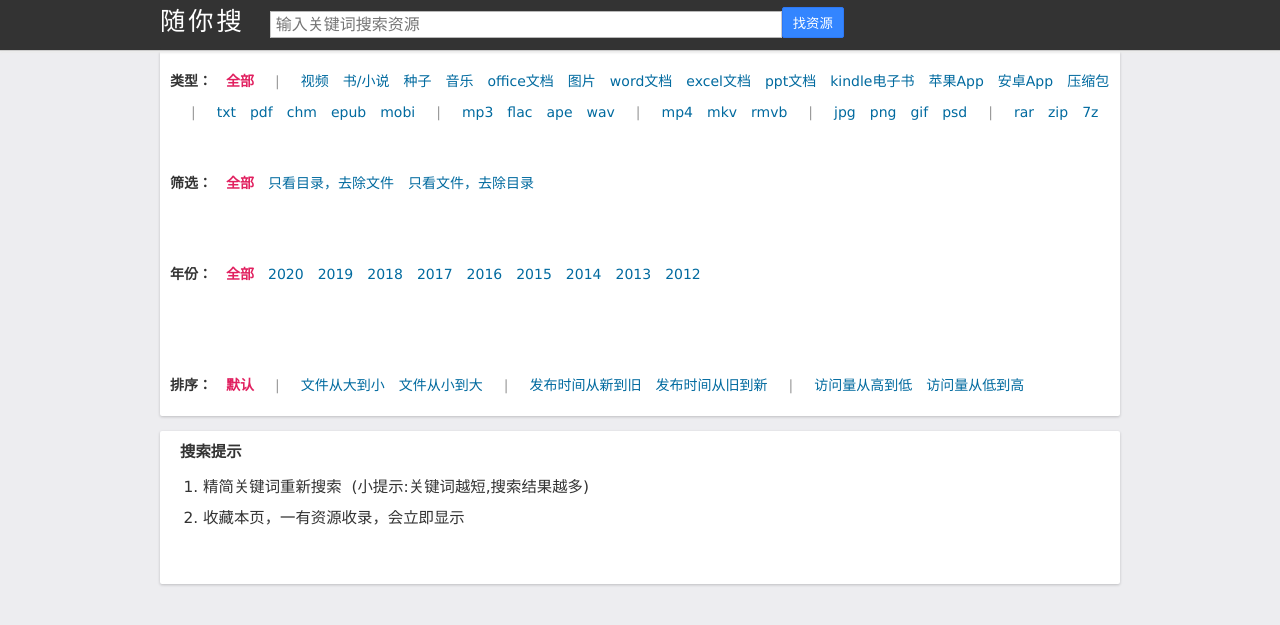
Repository: youngsailsail/nodeStudy
Page: / (app in 爬虫/前端vue/search-book/)
An editor plug-in stored every save of this project. The page is shown before and after the next save, followed by the edit.
The browser window is 1280 px wide. The pictures show the whole page.
The project was rebuilt for these pictures with package versions that can differ from the ones it lists, and the page was loaded fresh each time. Also part of the build but not shown: 爬虫/前端vue/search-book/vue.config.js.

Above is the page before, as saved 2020-05-09 22:13:52.

### 爬虫/前端vue/search-book/src/App.vue
<template>
  <div id="app">
    <Search />
    <FilterBook />
    <List />
  </div>
</template>

<script>
import Search from "./components/Search.vue";
import FilterBook from "./components/FilterBook.vue";
import List from "./components/List.vue";

export default {
  name: "App",
  components: {
    Search,
    FilterBook,
    List
  }
};
</script>

<style>
@import "./assets/css/screen.css";
@import "./assets/css/app.css";
</style>

### 爬虫/前端vue/search-book/src/assets/css/app.css
@charset "utf-8";.center {
    text-align: center
}

.left {
    text-align: left
}

.right {
    text-align: right
}

.left- {
    float: left
}

.right- {
    float: right
}

.bothall {
    clear: both
}

.sep05 {
    margin-top: 5px
}

.sep {
    margin-top: 10px
}

.sep15 {
    margin-top: 15px
}

.sep2 {
    margin-top: 20px
}

.sep25 {
    margin-top: 25px
}

.sep3 {
    margin-top: 30px
}

.sep4 {
    margin-top: 40px
}

.sep5 {
    margin-top: 50px
}

.sep05- {
    margin-bottom: 5px
}

.sep- {
    margin-bottom: 10px
}

.sep15- {
    margin-bottom: 15px
}

.sep2- {
    margin-bottom: 20px
}

.sep25- {
    margin-bottom: 25px
}

.sep3- {
    margin-bottom: 30px
}

.sep4- {
    margin-bottom: 40px
}

.sep5- {
    margin-bottom: 50px
}

.sep-13px {
    margin-top: 13px
}

.sep-14px {
    margin-top: 14px
}

.nosep {
    margin: 0
}

.sep-left {
    margin-left: 20px
}

.sep-left1 {
    margin-left: 10px
}

.sep-left05 {
    margin-left: 5px
}

.sep-right {
    margin-right: 20px
}

.sep-right1 {
    margin-right: 10px
}

.sep-right05 {
    margin-right: 5px
}

.sep-both {
    margin-right: 20px;
    margin-left: 20px
}

.sep-both1 {
    margin-right: 10px;
    margin-left: 10px
}

.sep-both05 {
    margin-right: 5px;
    margin-left: 5px
}

.bold {
    font-weight: bold
}

.nobold {
    font-weight: normal
}

.no-bold {
    font-weight: normal
}

.red {
    color: red
}

.blue {
    color: blue
}

.black {
    color: black
}

.white {
    color: white
}

.green {
    color: green
}

.hightlight {
    color: red
}

.cursor-pointer {
    cursor: pointer
}

.hide {
    display: none
}

.block,.display {
    display: block
}

.inline {
    display: inline
}

.inline-block {
    display: inline-block
}

.middle {
    vertical-align: middle
}

.top {
    vertical-align: top
}

.small {
    font-size: 90%
}

.small2 {
    font-size: 80%
}

.large {
    font-size: 110%
}

.large2 {
    font-size: 120%
}

.error,.notice,.success,.msg {
    padding: .8em;
    margin-bottom: 1em;
    border: 2px solid #ddd
}

.error {
    background: #fbe3e4;
    color: #8a1f11;
    border-color: #fbc2c4
}

.notice {
    background: #fff6bf;
    color: #514721;
    border-color: #ffd324
}

.success {
    background: #e6efc2;
    color: #264409;
    border-color: #c6d880
}

.msg {
    background: #d5edf8;
    color: #205791;
    border-color: #92cae4
}

.error a {
    color: #8a1f11
}

.notice a {
    color: #514721
}

.success a {
    color: #264409
}

.msg a {
    color: #205791
}

label {
    font-weight: bold
}

input[type=text],input[type=password],input[type=url],input[type=email],input.text,input.title,textarea,select {
    font-size: 1em
}

h1,h2,h3,h4,h5,h6 {
    font-size: 1.1em;
    line-height: 1.5em
}

.hint {
    color: #999
}

.light {
    color: #999
}

.red {
    color: #E12160
}

.blue {
    color: #227AD3
}

.green {
    color: #009A61
}

.orange {
    color: #FF6600
}

.light_green {
    color: #18C2C8
}

.highlight {
    color: #C00
}

.padding-sep {
    padding: 5px
}

.bold-s {
    display: none
}

.page-list {
    clear: both;
    text-align: center;
    margin: 20px 0;
    line-height: 26px
}

.page-list a,.page-list b {
    border: 1px solid #227AD3;
    text-decoration: none;
    display: inline-block;
    margin: 0 0 6px 4px;
    padding: 2px 6px;
    background-color: white
}

.page-list b {
    background-color: #227AD3;
    color: white
}

.slide .t,.slide2 .t {
    padding: 5px;
    display: block;
    font-weight: bold;
    height: 30x;
    line-height: 30x
}

.slide div.c,.slide2 div.c {
    padding: 5px
}

.slide h1,.slide2 h1,.slide h2,.slide2 h2 {
    padding: 5px;
    display: block;
    font-weight: bold;
    height: 30x;
    line-height: 30x
}

.slide h1.clear,.slide2 h1.clear,.slide h2.clear,.slide2 h2.clear {
    background-color: white
}

.slide .line,.slide2 .line {
    border: none;
    background-color: #DFDFDF;
    display: block;
    height: 1px;
    margin-bottom: .5em;
    overflow: hidden
}

.slide2 {
    padding: 5px
}

.slide2 h1,.slide2 h2 {
    border: 0
}

div.crumb {
    clear: both;
    color: #999;
    letter-spacing: 2px;
    padding: 5px;
    white-space: nowrap;
    overflow: hidden;
    text-overflow: ellipsis
}

img.cover {
    border: 1px solid #DFDFDF;
    padding: 2px;
    overflow: hidden;
    vertical-align: middle;
    width: 120px;
    height: 150px;
    display: block
}

ul.list2 {
    clear: both;
    list-style-type: none
}

ul.list2 li {
    float: left;
    width: 50%;
    border-bottom: 1px dashed #DFDFDF;
    white-space: nowrap;
    overflow: hidden;
    line-height: 2em;
    margin-top: 5px
}

ul.list2 li a.today {
    color: #E12160;
    text-decoration: none
}

ul.list2 li a.today:focus,ul.list2 li a.today:hover {
    color: #E12160;
    text-decoration: underline;
    background: none
}

ul.list2 li span.timeline {
    color: #999;
    font-size: 80%;
    margin-left: 1em
}

ul.list3 {
    clear: both;
    list-style-type: none
}

ul.list3 li {
    float: left;
    width: 33%;
    border-bottom: 1px dashed #DFDFDF;
    white-space: nowrap;
    overflow: hidden;
    line-height: 2em;
    margin-top: 5px
}

ul.list3 li a.today {
    color: #E12160;
    text-decoration: none
}

ul.list3 li a.today:focus,ul.list3 li a.today:hover {
    color: #E12160;
    text-decoration: underline;
    background: none
}

ul.list3 li span.timeline {
    color: #999;
    font-size: 80%;
    margin-left: 1em
}

ul.list4 {
    clear: both;
    list-style-type: none
}

ul.list4 li {
    float: left;
    width: 25%;
    border-bottom: 1px dashed #DFDFDF;
    white-space: nowrap;
    overflow: hidden;
    line-height: 2em;
    margin-top: 5px
}

ul.list4 li a.today {
    color: #E12160;
    text-decoration: none
}

ul.list4 li a.today:focus,ul.list4 li a.today:hover {
    color: #E12160;
    text-decoration: underline;
    background: none
}

ul.list4 li span.timeline {
    color: #999;
    font-size: 80%;
    margin-left: 1em
}

ul.simple-list,ul.side-long,ul.side {
    list-style-type: none
}

ul.simple-list i,ul.side-long i,ul.side i {
    color: #999;
    margin-right: 1em
}

ul.simple-list li,ul.side-long li,ul.side li {
    width: 100%;
    text-align: left;
    height: 2em;
    line-height: 2em;
    white-space: nowrap;
    text-overflow: ellipsis;
    overflow: hidden
}

ul.side-long li {
    float: left;
    width: 350px;
    margin-right: 15px
}

ul.simple-list li {
    padding: 5px 0 5px 5px;
    border-bottom: 1px solid #DFDFDF
}

a.suffix-a {
    display: block;
    padding: 5px 0 5px 5px;
    border-bottom: 1px solid #DFDFDF
}

ul.u-list {
    list-style-type: none
}

ul.u-list li {
    width: 460px;
    border: 1px solid #d8dbdc;
    float: left;
    margin: 0 10px 15px 0
}

ul.u-list li.ad {
    width: 100%;
    border: 0;
    margin: 0
}

ul.u-list div.user {
    padding: 10px
}

ul.u-list div.user img.avatar {
    border: 1px solid #c7c7c7;
    width: 60px;
    height: 60px
}

ul.u-list div.user div.info {
    margin: 2px 0 0 10px;
    width: 350px;
    position: relative;
    height: 60px;
    float: left
}

ul.u-list div.user a.goto-uk-page {
    font-size: .9em;
    height: 26px;
    line-height: 26px;
    background-color: #959595;
    color: #fff;
    padding: 0 8px;
    float: right
}

ul.u-list div.user p.status {
    margin-top: 20px
}

ul.u-list div.user div.desc {
    height: 27px;
    line-height: 30px;
    overflow: hidden
}

ul.avatar-wall {
    list-style-type: none;
    padding-left: 10px
}

ul.avatar-wall li {
    width: 60px;
    float: left;
    margin: 0 11px 15px 0
}

ul.avatar-wall img.avatar {
    border: 1px solid #c7c7c7;
    width: 60px;
    height: 60px
}

table.list h5 {
    width: 124px;
    height: 19px;
    line-height: 15px;
    padding-top: 6px;
    background: #484848;
    filter: alpha(opacity=82);
    opacity: .9;
    font-size: 12px;
    margin-top: -27px;
    color: white;
    font-weight: normal;
    text-align: center;
    overflow: hidden;
    white-space: nowrap
}

table.list td {
    padding-left: 8px;
    height: 170px;
    vertical-align: top;
    text-align: center;
    width: 14.28%
}

table.list-resource {
    table-layout: fixed
}

table.list-resource th {
    background: none repeat scroll 0 0 #EFEFEF;
    font-weight: bold;
    padding: .5em 0;
    border-bottom: 1px solid #ccc
}

table.list-resource td {
    color: #999;
    border-bottom: 1px solid #F7F7F7;
    padding: .8em 0;
    white-space: nowrap;
    overflow: hidden
}

table.list-resource td.t1 {
    padding-right: 10px;
    text-overflow: ellipsis
}

table.list-resource td.t2 {
    font-weight: bold
}

table.list-resource a.tag {
    padding: 0 .3em;
    background-color: #999;
    color: white
}

body {
    font-family: '微软雅黑',Verdana,Georgia,SimSun,Arial,Helvetica,'sans-serif';
    font-size: 14px;
    background: #EDEDF0;
    color: #333
}

h1 {
    font-size: 1.3em;
    font-weight: bold;
    overflow: hidden;
    line-height: 2em;
    height: 2em;
    clear: both;
    letter-spacing: .6px
}

h2 {
    font-weight: bold;
    overflow: hidden;
    clear: both;
    letter-spacing: .6px;
    font-size: 1.2em;
    height: 1.8em;
    line-height: 1.8em
}

select,input,textarea {
    font-family: '微软雅黑',Verdana,Georgia,SimSun,Arial,Helvetica,'sans-serif'
}

dl,dd {
    margin: 0
}

.container {
    width: 960px;
    background: white;
    -webkit-border-radius: 2px;
    -moz-border-radius: 2px;
    border-radius: 2px;
    -webkit-box-shadow: 0 1px 3px rgba(0,0,0,0.2);
    -moz-box-shadow: 0 1px 3px rgba(0,0,0,0.2);
    box-shadow: 0 1px 3px rgba(0,0,0,0.2)
}

.no-c-border {
    border: 0;
    box-shadow: none
}

a {
    color: #016A9F;
    text-decoration: none
}

a:focus,a:hover {
    color: #016A9F;
    text-decoration: underline;
    background: none
}

a.light {
    color: #999;
    text-decoration: none
}

a.light:focus,a.light:hover {
    color: #999;
    text-decoration: underline;
    background: none
}

a.red {
    color: #E12160;
    text-decoration: none
}

a.red:focus,a.red:hover {
    color: #E12160;
    text-decoration: underline;
    background: none
}

a.green {
    color: #009A61;
    text-decoration: none
}

a.green:focus,a.green:hover {
    color: #009A61;
    text-decoration: underline;
    background: none
}

a.no-underline:focus,a.no-underline:hover {
    text-decoration: none
}

.white {
    color: white
}

div.share-bar {
    background: none repeat scroll 0 0 #FFFCFB;
    border: 1px solid #FBD0B2;
    border-radius: 3px;
    margin: 10px 5px;
    padding-left: 10px;
    height: 45px;
    line-height: 45px
}

div.bdsharebuttonbox {
    float: right;
    margin-left: 1em
}

div.bdsharebuttonbox a {
    margin-right: .7em
}

span.share-hint {
    float: left;
    font-size: 16px;
    line-height: 42px;
    color: #E12160
}

ul.links {
    list-style-type: none
}

ul.links li {
    float: left;
    text-align: left;
    margin-right: 1em;
    padding-bottom: .5em;
    white-space: nowrap;
    overflow: hidden;
    width: 6em
}

#back-to-top {
    bottom: 290px;
    display: none;
    position: fixed;
    right: 20px;
    z-index: 999999
}

#back-to-top a {
    background: url("/img/back-to-top.gif") no-repeat scroll 0 0 #9F9F9F;
    display: block;
    height: 50px;
    overflow: hidden;
    text-indent: -999px;
    width: 50px
}

#back-to-top a:hover {
    background-color: #707070;
    background-position: -50px 0
}

div.search-history {
    margin-bottom: 14px
}

div.search-history a {
    display: inline-block;
    margin-right: 1em
}

div.announcement-bar {
    font-size: 1.1em;
    margin-bottom: 10px;
    line-height: 2em
}

div.announcement-bar a {
    color: #E12160;
    font-weight: bold
}

div.announcement-bar a.close {
    color: #016A9F;
    font-weight: normal;
    margin-left: 2em
}

.autocomplete-suggestions {
    text-align: left;
    border: 1px solid #999;
    background: #FFF;
    overflow: auto
}

.autocomplete-suggestions strong {
    font-weight: normal;
    color: #C00
}

.autocomplete-suggestion {
    padding: 2px 5px;
    white-space: nowrap;
    overflow: hidden
}

.autocomplete-selected {
    background: #F0F0F0
}

.autocomplete-group {
    padding: 2px 5px
}

.autocomplete-group strong {
    display: block;
    border-bottom: 1px solid #000
}

.top-nav1 {
    background: #333;
    padding: 1em 0
}

.top-nav1 span.name {
    letter-spacing: 3px;
    font-size: 2em
}

.top-nav1 span.name a {
    color: white
}

.top-nav1 span.name a:focus,.top-nav1 span.name a:hover {
    color: white;
    text-decoration: none
}

.top-nav1 span.domain {
    margin-left: .6em;
    font-size: 1em;
    font-style: italic
}

.top-nav1 span.domain a {
    color: #009A61
}

.top-nav1 span.slogan1 {
    color: #F7F7F7;
    margin-left: 1em;
    font-size: .8em
}

.top-nav1 span.slogan2 {
    color: #999;
    float: right;
    font-style: italic
}

.top-nav2 {
    background: white;
    margin-bottom: 10px;
    height: 51px
}

.top-nav2 ul {
    list-style-type: none
}

.top-nav2 ul li {
    float: left;
    padding: .6em .6em 0 0;
    width: 85px
}

.top-nav2 ul li a {
    font-size: 1.3em;
    color: #333
}

.top-nav2 ul li a:focus,.top-nav2 ul li a:hover {
    color: #333;
    text-decoration: none
}

div.search {
    display: inline-block
}

div.search input.k {
    width: 17em;
    margin-left: 3em
}

div.search div.ad {
    margin-left: 9em
}

div.search-block {
    display: block;
    text-align: center;
    float: none
}

div.search-block input.k {
    padding: 5px;
    font-size: 1.3em;
    width: 60%;
    margin-left: 0
}

div.search-block div {
    margin-top: 1em;
    text-align: left
}

div.search-block p {
    margin-top: .5em;
    text-align: left;
    margin-left: 12em
}

div.top-fix-nav {
    background: #333 none repeat scroll 0 0;
    border-bottom: 1px solid #ccc;
    box-shadow: 0 2px 2px #ebebeb;
    height: 50px;
    line-height: 50px;
    position: fixed;
    width: 100%;
    z-index: 999
}

div.top-fix-nav .container {
    background: #333
}

div.top-fix-nav span.name {
    letter-spacing: 3px;
    font-size: 1.8em;
    height: 35px;
    line-height: 35px;
    margin-right: 1em
}

div.top-fix-nav span.name span.blue {
    color: #008BF5
}

div.top-fix-nav span.name a {
    color: white
}

div.top-fix-nav span.name a:focus,div.top-fix-nav span.name a:hover {
    color: white;
    text-decoration: none
}

div.search input.title,div.search-block input.title,div.top-fix-nav input.title {
    font-size: 16px;
    border-color: #b8b8b8 #ccc;
    width: 500px;
    padding: 3px 5px
}

div.search input.s_btn,div.search-block input.s_btn,div.top-fix-nav input.s_btn {
    border: 1px solid #2d78f4;
    border-radius: 2px;
    background: #3385ff none repeat scroll 0 0;
    padding: 0 10px;
    color: #fff !important;
    cursor: pointer;
    display: inline-block;
    vertical-align: middle;
    height: 31px;
    line-height: 31px;
    margin-bottom: 7px
}

div.no-fix {
    position: static
}

div.header-clear {
    height: 60px;
    width: 100%
}

div.footer {
    text-align: center;
    color: #999;
    margin-top: 2em
}

div.search-page {
    padding: 0 10px
}

div.search-page h1 {
    font-size: 1em;
    font-weight: normal
}

div.search-page div.row {
    padding: 25px 0 5px 5px;
    border-bottom: 1px solid #efefef
}

div.search-page div.row p {
    margin: 0
}

div.search-page div.row h3 {
    width: 950px;
    white-space: nowrap;
    overflow: hidden;
    text-overflow: ellipsis;
    line-height: 1.5em;
    height: 1.5em;
    margin: 0 0 .5em 0
}

div.search-page div.row h3 a {
    font-size: 1.1em
}

div.search-page div.row img {
    vertical-align: middle
}

div.search-page div.row span.size {
    color: #000
}

div.search-page ol {
    margin: .5em 0 0 1.5em
}

div.search-page ol li {
    line-height: 2em
}

div.search-page div.page-list {
    margin-top: 40px;
    text-align: left
}

div.search-toolbox {
    padding: 10px
}

div.search-toolbox span.sep {
    margin: 0 .5em 0 1.5em;
    color: #999
}

div.search-toolbox a {
    margin-left: 1em;
    display: inline-block;
    padding-bottom: 10px
}

div.search-toolbox a.on,div.search-toolbox input.on {
    color: #E12160;
    font-weight: bold
}

div.search-toolbox input.custom_filter {
    margin-left: 10px;
    width: 400px;
    padding: 3px 5px;
    font-size: .9em
}

div.search-toolbox form {
    display: inline-block
}

div.search-toolbox #custom_filter_error {
    background: #fff6bf;
    color: #E12160;
    border-color: #ffd324;
    display: none;
    padding: .5em
}

div.search-toolbox div.search-history {
    margin: 15px 0 0 0
}

div.resource-page h1 {
    font-size: 24px;
    height: auto;
    line-height: 2em;
    overflow: visible;
    white-space: wrap
}

div.resource-page div.col-a {
    padding: 5px 0 0 5px
}

div.resource-page div.col-a h2 {
    color: #333
}

div.resource-page div.col-a dl {
    margin-left: 10px;
    clear: both
}

div.resource-page div.col-a dl dd {
    float: left;
    height: 2em;
    line-height: 2em;
    overflow: hidden;
    width: 450px;
    margin: 5px 0
}

div.resource-page div.col-a dl dd.one {
    display: block;
    width: 100%
}

div.resource-page div.col-a div.share-bar {
    margin-bottom: 0
}

div.resource-page div.col-a a.dbutton,div.resource-page div.col-a a.dbutton-brown {
    background: #24A827;
    border: 1px solid #24A827;
    color: #fff;
    display: inline-block;
    margin-left: 10px;
    border-radius: 3px;
    padding: 0 10px;
    font-weight: bold;
    font-size: 1.2em;
    text-decoration: none
}

div.resource-page div.col-a a.brown-button {
    background: #BB5600;
    border-color: #BB5600
}

div.resource-page div.col-a a.blue-button {
    background: #008CD5;
    border-color: #008CD5
}

div.resource-page div.col-a a.dbutton2,div.resource-page div.col-a a.dbutton2-blue {
    background: #09b396;
    border: 1px solid #09b396;
    color: #fff;
    display: inline-block;
    padding: 0 10px;
    text-decoration: none;
    font-weight: bold;
    font-size: 1.2em
}

div.resource-page div.col-a a.dbutton2-blue {
    background: #227AD3;
    border-color: #227AD3
}

div.resource-page ul.avatar-wall li {
    margin-right: 16px
}

div.resource-page blockquote {
    margin: 0;
    padding: 15px;
    line-height: 22px;
    border-radius: 0 2px 2px 0;
    background-color: #f2f2f2;
    font-style: normal
}

div.u-list-page,div.mark-page,div.ca-page {
    padding: 5px
}

div.mark-page div.search-history,div.page-404 div.search-history,div.page-404-resource div.search-history {
    margin-left: 7em
}

div.index-page {
    margin-top: 20px;
    padding: 180px 5px 100px 5px
}

div.index-page div.search-block {
    text-align: left
}

div.index-page div.search-block input.k {
    width: 550px;
    border-color: #227AD3
}

div.index-page div.total-hint {
    color: #666;
    width: 530px
}

div.index-page table.ca-last td,div.index-page table.ca-last li {
    width: 345px
}

div.index-page ul.avatar-wall li {
    margin-right: 12px
}

div.last-page {
    padding: 5px
}

div.uk-page {
    padding: 5px
}

div.userinfo {
    color: #666
}

div.userinfo p.info {
    height: 155px
}

div.userinfo span.time {
    color: #999;
    font-size: .8em
}

div.userinfo img {
    float: left;
    padding: 3px;
    background: white;
    vertical-align: middle;
    border: 1px solid #ddd;
    box-shadow: 0 0 1px rgba(0,0,0,0.1);
    margin-right: 2em
}

div.userinfo table {
    vertical-align: top
}

div.userinfo table td {
    padding: 0
}

div.page-404-resource ul.side {
    padding: 0 5px
}

div.page-404-resource ul.side li {
    float: left;
    width: 470px
}

div.cp-page pre {
    white-space: pre-wrap;
    word-wrap: break-word;
    margin: 1.5em 0;
    font: 1em 'andale mono','lucida console',monospace;
    line-height: 1.5
}

div.help-page {
    padding: 5px
}

div.help-page h3 {
    margin: 20px 0 1em 0;
    font-size: 1.2em
}

div.help-page img {
    padding: 0;
    margin: 0
}

div.help-page div.sidebar {
    display: inline-block;
    width: 195px;
    float: left
}

div.help-page div.sidebar div.top-tit {
    font-size: 16.8px;
    font-weight: 700;
    padding: 20px 0 15px 10px
}

div.help-page div.sidebar ul {
    font-size: 14px;
    list-style: none;
    margin: 0;
    padding: 0;
    padding-left: 10px
}

div.help-page div.sidebar ul li {
    position: relative;
    padding-left: 10px;
    cursor: pointer
}

div.help-page div.sidebar ul li.active {
    background-color: #f5f5f5
}

div.help-page div.sidebar ul a {
    display: inline-block;
    width: 99%;
    color: #333;
    height: 40px;
    line-height: 40px;
    text-decoration: none;
    outline: 0
}

div.help-page div.main-content,div.help-page div.feedback-content,div.help-page div.submit-content,div.help-page div.list-content {
    border-left: 1px solid #e8e8e8;
    padding-left: 20px;
    display: inline-block;
    min-height: 500px;
    float: left;
    width: 730px
}

div.help-page div.main-content h1 {
    font-size: 22px
}

div.help-page div.list-content ul {
    font-size: 16px;
    list-style: none;
    line-height: 45px;
    padding: 0
}

div.help-page div.submit-content,div.help-page div.feedback-content {
    padding-top: 20px
}

div.help-page div.submit-content ol,div.help-page div.feedback-content ol {
    padding: 0 0 0 50px;
    margin: 0;
    line-height: 2em
}

div.help-page div.submit-content form,div.help-page div.feedback-content form {
    margin-top: 60px
}

div.help-page div.submit-content textarea,div.help-page div.feedback-content textarea {
    width: 680px;
    height: 200px
}

div.help-page div.submit-content input[name=email],div.help-page div.feedback-content input[name=email] {
    width: 680px
}

div.help-page div.submit-content input[name=qq],div.help-page div.feedback-content input[name=qq],div.help-page div.submit-content input[name=wx],div.help-page div.feedback-content input[name=wx] {
    width: 288px
}

div.help-page div.submit-content input[type=submit],div.help-page div.feedback-content input[type=submit] {
    border: 0;
    border-radius: 0;
    outline: 0;
    width: 100px;
    height: 35px;
    line-height: 35px;
    font-size: 14px;
    font-weight: 700;
    color: #FFF;
    cursor: pointer;
    background-color: #227AD3
}

div.help-page div.submit-content input[type=submit].disabled,div.help-page div.feedback-content input[type=submit].disabled {
    background-color: #999
}

div.help-page div.submit-content textarea {
    width: 680px;
    height: 300px
}

div.help-page div.submit-content textarea[name=msg] {
    height: 100px
}

### 爬虫/前端vue/search-book/src/components/Search.vue
<template>
  <div class="top-fix-nav">
    <div class="container no-c-border">
      <span class="name">
        <a href="http://www.rufengso.net/">随你搜</a>
      </span>
      <form style="display:inline" @submit.prevent="submit">
        <input
          placeholder="输入关键词搜索资源"
          autocomplete="off"
          maxlength="255"
          type="text"
          class="title"
          name="n"
          v-model="searchTxt"
        />
        <input type="submit" class="s_btn" value="找资源" />
        <!-- <input type="checkbox" id="close_sug" class="sep-left1" checked="checked" />
        <span class="white small2">关闭搜索提示</span>-->
      </form>
    </div>
  </div>
</template>
<script>
import { mapActions } from "vuex";
export default {
  data() {
    return {
      searchTxt: ""
    };
  },
  methods: {
    ...mapActions(["getListData"]),
    submit(e) {
      if (!this.searchTxt) {
        alert("请先输入资源名称");
        return;
      }
      const query = {
        n: this.searchTxt,
        isSearch: true
      };
      this.getListData(query);
    }
  }
};
</script>

Loaded but not shown: 爬虫/前端vue/search-book/public/index.html (common file); 爬虫/前端vue/search-book/src/util/http.js (53 lines, source omitted); 爬虫/前端vue/search-book/src/store/index.js (39 lines, source omitted); 爬虫/前端vue/search-book/src/main.js (11 lines, source omitted); 爬虫/前端vue/search-book/src/components/FilterBook.vue (156 lines, source omitted); 爬虫/前端vue/search-book/src/assets/css/screen.css (102 lines, source omitted); 爬虫/前端vue/search-book/src/components/List.vue (132 lines, source omitted)

After the next save:
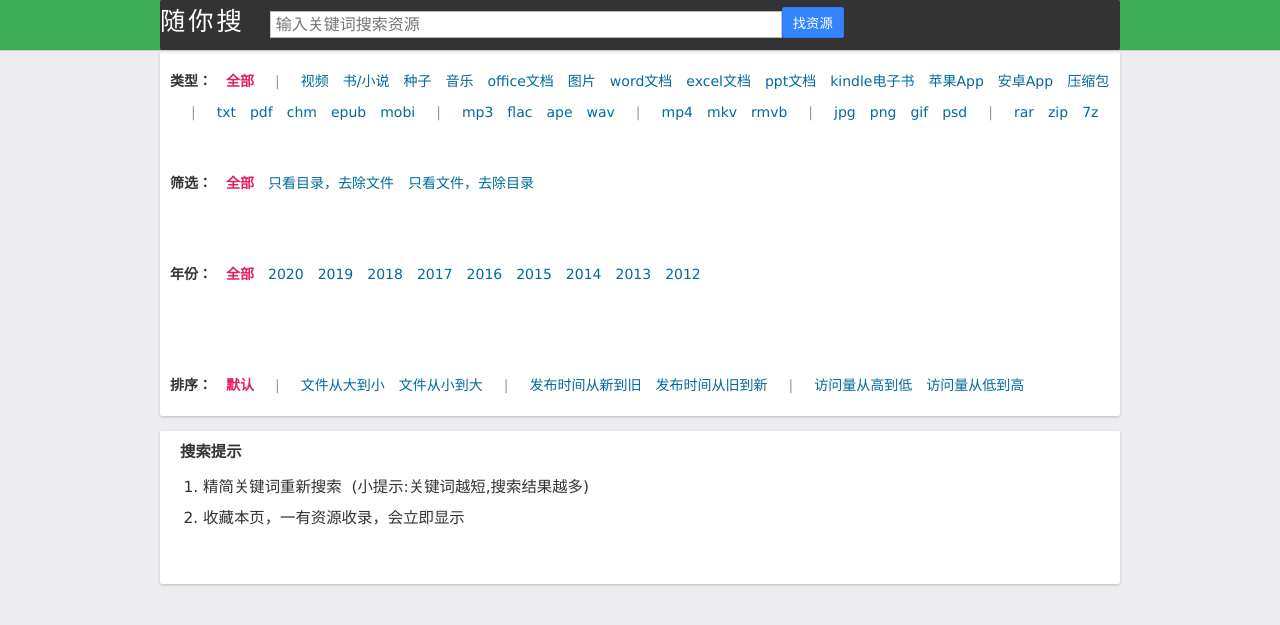
Saved 4 min 13 s later.
--- a/爬虫/前端vue/search-book/src/assets/css/app.css
+++ b/爬虫/前端vue/search-book/src/assets/css/app.css
@@ -988,7 +988,7 @@ div.search-block p {
 }
 
 div.top-fix-nav {
-    background: #333 none repeat scroll 0 0;
+    background: rgb(63, 172, 87) none repeat scroll 0 0;
     border-bottom: 1px solid #ccc;
     box-shadow: 0 2px 2px #ebebeb;
     height: 50px;
